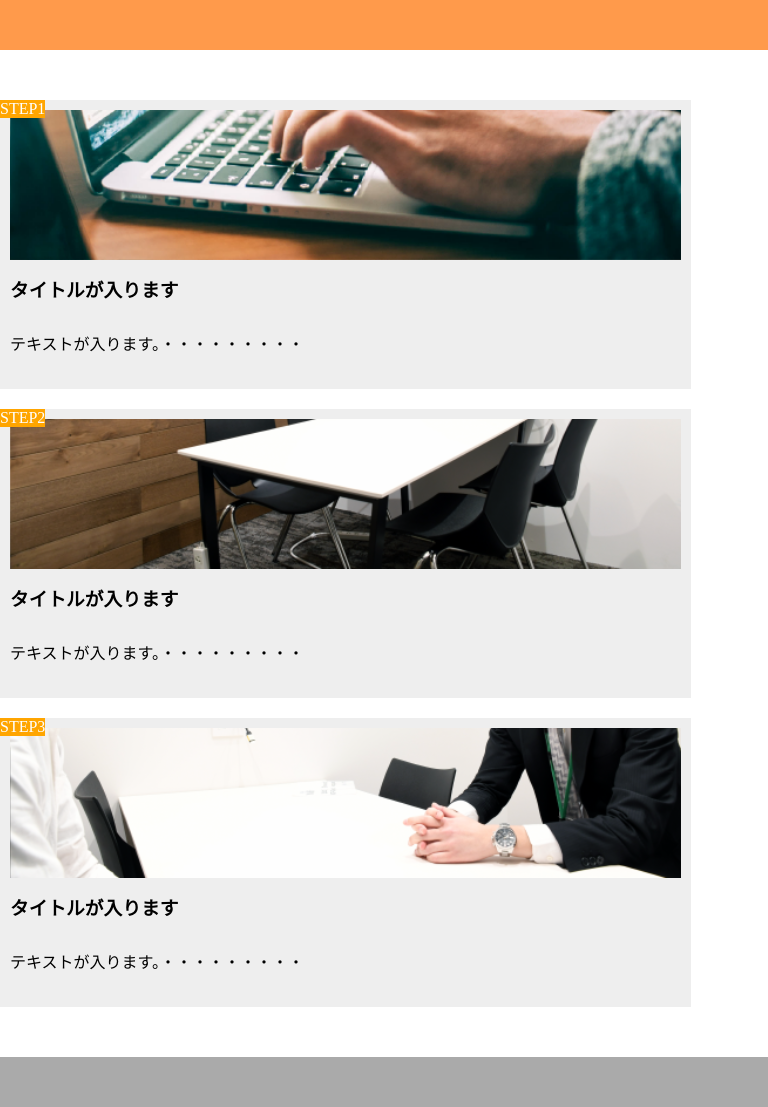
Repository: hahumanhugou/test1
Page: test1/test1.html
The author's editor kept a record of every edit. The page is drawn from the files as they stood at one moment, then again after the next edit.
The browser window is 768 px wide. The pictures show the whole page.
Some web libraries are served in a nearby version.

Above is the page before.

### test1/test1.html
<!DOCTYPE html>
<html lang="ja">
  <head>
    <meta charset="UTF-8" />
    <meta name="viewport" content="width=device-width,initial-scale=1.0">
     <script src="https://kit.fontawesome.com/13adee6c96.js" crossorigin="anonymous"></script>
    <!-- CSSファイルの読み込み -->
    <link rel="stylesheet" href="test1.css" />
    <title>確認課題１</title>
  </head>

  <body>
    <!-- header -->
    <header>  </header>
      <div class="largebox">
        <div class="box">
         <div class="image"></div>
          <h3 class="title">タイトルが入ります</h3>
          　<p class="text">テキストが入ります。・・・・・・・・・ </p>
          　　<div class="step"><font color="white">STEP1</font></div>
          </div>
            <div class="box">
         <div class="image2"></div>
          <h3 class="title">タイトルが入ります</h3>
          　<p class="text">テキストが入ります。・・・・・・・・・ </p>
          　　<div class="step"><font color="white">STEP2</font></div>
          </div>
            <div class="box">
         <div class="image3"></div>
          <h3 class="title">タイトルが入ります</h3>
          　<p class="text">テキストが入ります。・・・・・・・・・ </p>
          　　<div class="step"><font color="white">STEP3</font></div>
          </div>



        </div>
    <footer></footer>
 </body>
</html>

### test1/test1.css
* {
  box-sizing: border-box;
  margin: 0;
  padding: 0;
}

header {
  height: 50px;
  background-color: #ff9a4b;
}


.largebox{
  width: 960px;
  margin: 50px auto;
  display: flex;
}

.box{
  width: 300px;
  margin-right: 30px;
  padding: 10px;
  position: relative;
  background-color: #eee;
}

.step-box:last-child {
  margin-right: 0;
}
.image{
  background-image: url(img/flow01.png);
  height: 150px;
  background-position: bottom;
  background-size: cover;
}

.image2{
  background-image: url(img/flow02.png);
  height: 150px;
  background-position: bottom;
  background-size: cover;
}
.image3{
  background-image: url(img/flow03.png);
  height: 150px;
  background-position: bottom;
  background-size: cover;
}

.title{
 margin: 15px 0 5px;
}


.step{
 position: absolute;
 background-color: orange;
 top: 0;
 left: 0;
}

footer {
  height: 50px;
  background-color: #aaa;
}

@media screen and (max-width:768px) {
.largebox{
  width: 100%;
  margin: 50px auto;
  display: block;
}

.box{
  width: 90%;
  margin-bottom: 20px;

}

.step-box:last-child {
  margin-bottom:  0;
}
.image{
  background-image: url(img/flow01.png);
  height: 150px;
  background-position: bottom;
  background-size: cover;
}

.image2{
  background-image: url(img/flow02.png);
  height: 150px;
  background-position: bottom;
  background-size: cover;
}
.image3{
  background-image: url(img/flow03.png);
  height: 150px;
  background-position: bottom;
  background-size: cover;
}

.title{
 margin: 15px 0 5px;
}


.step{
 position: absolute;
 background-color: orange;
 top: 0;
 left: 0;
}

}

After the next edit:
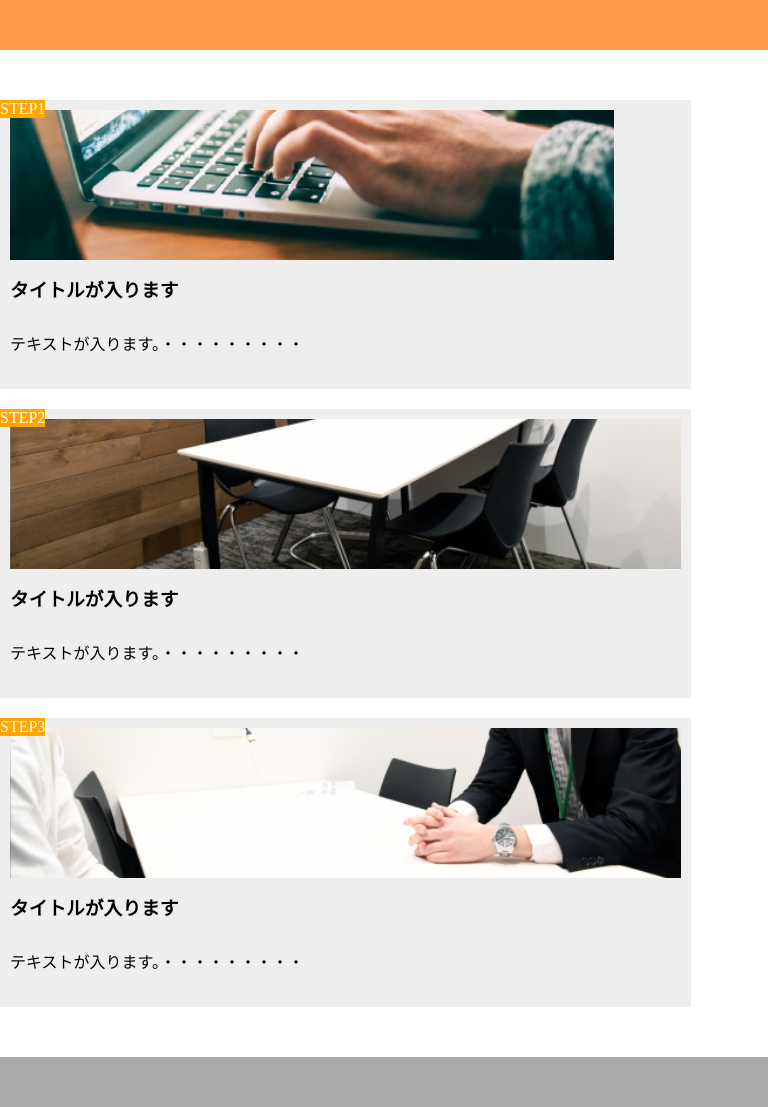
The edit:
--- a/test1/test1.css
+++ b/test1/test1.css
@@ -81,10 +81,7 @@
   margin-bottom:  0;
 }
 .image{
-  background-image: url(img/flow01.png);
-  height: 150px;
-  background-position: bottom;
-  background-size: cover;
+ width: 90%;
 }
 
 .image2{
